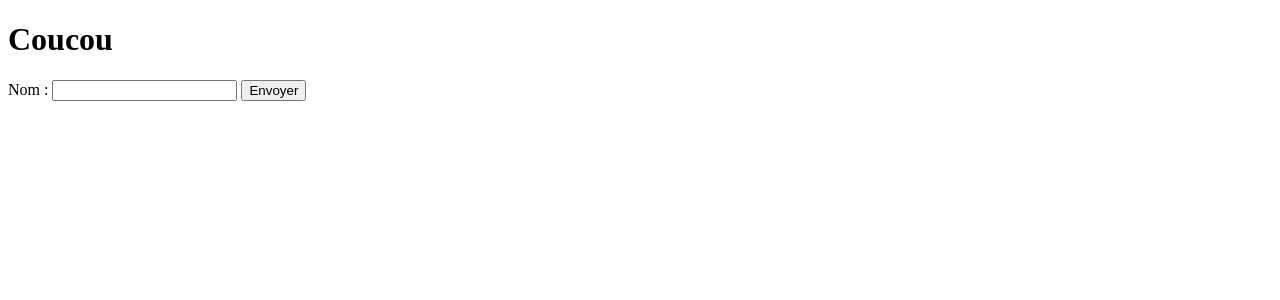
Repository: TheD3us/javaavance
Page: Atelier/WebContent/html/accueil.html
The author's editor kept a copy of each file at every save. The page is drawn from the files as they stood at one save, then again after the next save.
The browser window is 1280 px wide. The pictures show the whole page.

Above is the page before, as saved 2022-05-02 12:40:57.

### Atelier/WebContent/html/accueil.html
<!DOCTYPE html>
<html>
<head>
<meta charset="ISO-8859-1">
<title>Accueil</title>
</head>
<body>
	<h1>Coucou</h1>
	<form method="GET" action="/Atelier/accueil">
		<label for="id_nom">Nom :</label>
		<input type="text" id="id_nom" name="nom"/>
		<input type="submit" value="Envoyer"/>
	</form>
</body>
</html>

After the next save:
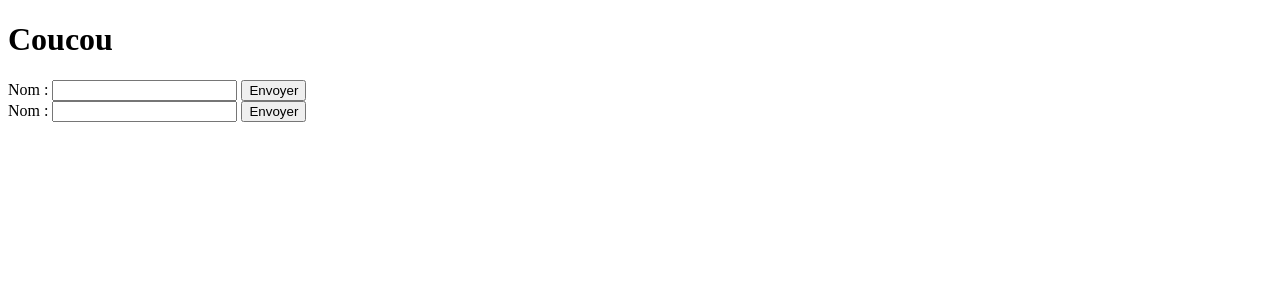
Saved 33 s later.
--- a/Atelier/WebContent/html/accueil.html
+++ b/Atelier/WebContent/html/accueil.html
@@ -11,5 +11,11 @@
 		<input type="text" id="id_nom" name="nom"/>
 		<input type="submit" value="Envoyer"/>
 	</form>
+
+		<form method="POST" action="/Atelier/accueil">
+		<label for="id_nom">Nom :</label>
+		<input type="text" id="id_nom" name="nom_post"/>
+		<input type="submit" value="Envoyer"/>
+	</form>
 </body>
 </html>
